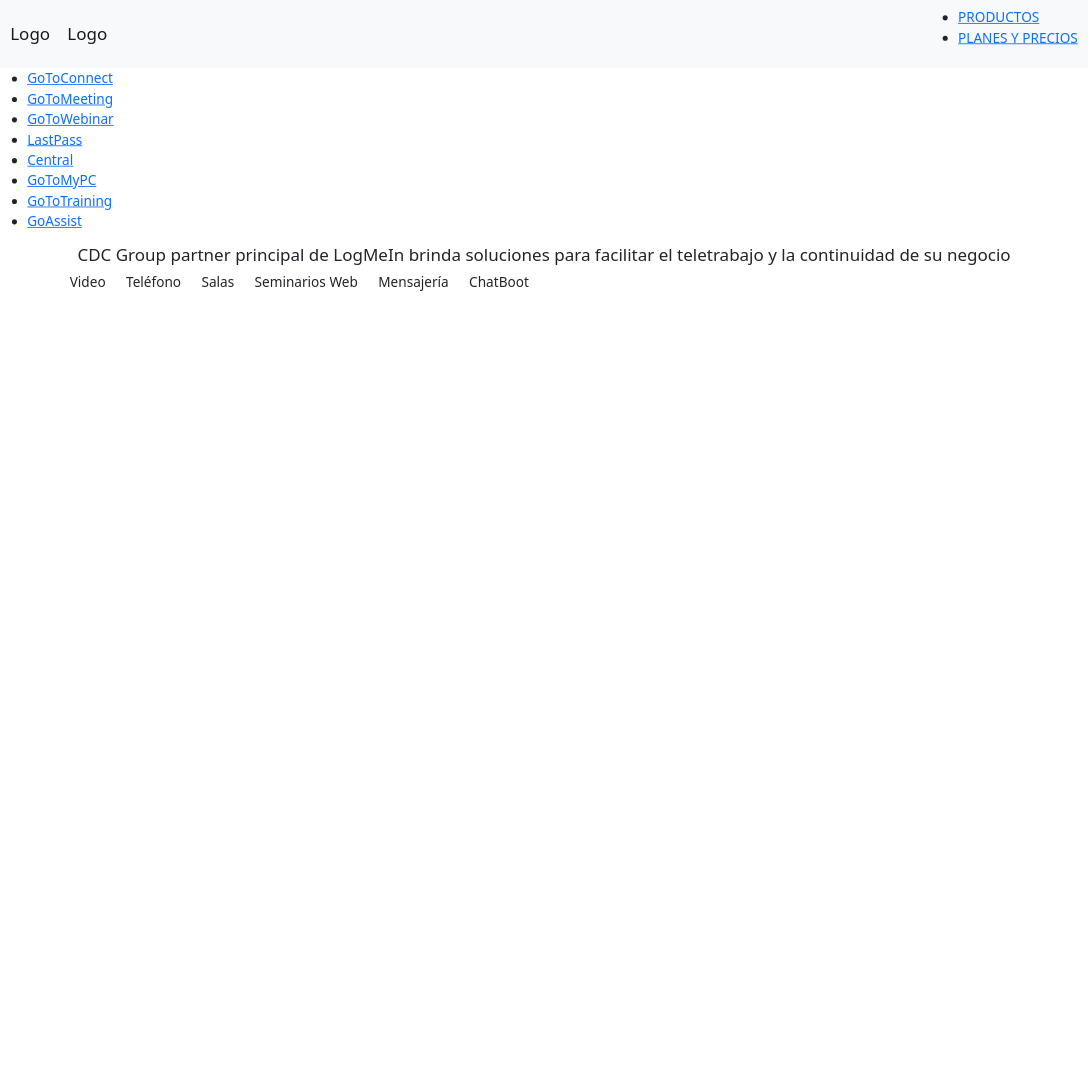
Repository: onehitwondermx/cdclogmein
Page: index.html
The author's editor kept a copy of each file at every save. The page is drawn from the files as they stood at one save, then again after the next save.
The browser window is 1280 px wide. The pictures show the whole page, at 85% of full size.

Above is the page before, as saved 2021-06-03 20:21:39.

### index.html
<!DOCTYPE html>
<html lang="es">
  <head>
    <meta charset="utf-8">
    <meta name="viewport" content="width=device-width, initial-scale=1">
    <script src="https://cdn.jsdelivr.net/npm/bootstrap@5.0.1/dist/js/bootstrap.bundle.min.js" integrity="sha384-gtEjrD/SeCtmISkJkNUaaKMoLD0//ElJ19smozuHV6z3Iehds+3Ulb9Bn9Plx0x4" crossorigin="anonymous"></script>
    <link href="https://cdn.jsdelivr.net/npm/bootstrap@5.0.1/dist/css/bootstrap.min.css" rel="stylesheet" integrity="sha384-+0n0xVW2eSR5OomGNYDnhzAbDsOXxcvSN1TPprVMTNDbiYZCxYbOOl7+AMvyTG2x" crossorigin="anonymous">
    <title>LogMeIn - CDC Gropu</title>
  </head>
<body>
  <nav class="navbar navbar-expand-lg navbar-light bg-light">
    <div class="container-fluid">
      <div class="nav-wrapper">
        <a href="#" class="navbar-brand">Logo</a>
        <a href="#" class="navbar-brand">Logo</a>
      </div>
      <div class="nav">
        <ul>
          <li><a href="#">PRODUCTOS</a></li>
          <li><a class="dropdown-trigger" href="#" data-target="dropdown1">PLANES Y PRECIOS</a></li>
        </ul>
      </div>
      </div>
    </nav>
      <!-- Dropdown Structure -->
    <ul id="dropdown1" class="dropdown-content">
      <li><a href="#">GoToConnect</a></li>
      <li><a href="#">GoToMeeting</a></li>
      <li><a href="#">GoToWebinar</a></li>
      <li><a href="#">LastPass</a></li>
      <li><a href="#">Central</a></li>
      <li><a href="#">GoToMyPC</a></li>
      <li><a href="#">GoToTraining</a></li>
      <li><a href="#">GoAssist</a></li>
    </ul>
    </div>

  <div class="container-fluid">
      <div class="row justify-content-md-center">
        <div class="col-md-auto">
          <h5 class="center-align">
            CDC Group partner principal de LogMeIn brinda soluciones para facilitar el teletrabajo y la continuidad de su negocio
          </h5>
        </div>
      </div>
  </div>
  <div class="container">
    <div class="row row-cols-auto">
      <div class="col">
        <span>Video</span>
      </div>
      <div class="col">
        <span>Teléfono</span>
      </div>
      <div class="col">
        <span>Salas</span>
      </div>
      <div class="col">
        <span>Seminarios Web</span>
      </div>
      <div class="col">
        <span>Mensajería
        </span>
      </div>
      <div class="col">
        <span>ChatBoot</span>
      </div>
    </div>
  </div>

   <br><br><br><br><br><br><br><br><br><br><br><br><br><br><br><br><br><br><br><br><br><br><br><br><br><br><br><br><br><br><br><br><br><br><br><br><br><br>
  </body>
</html>

After the next save:
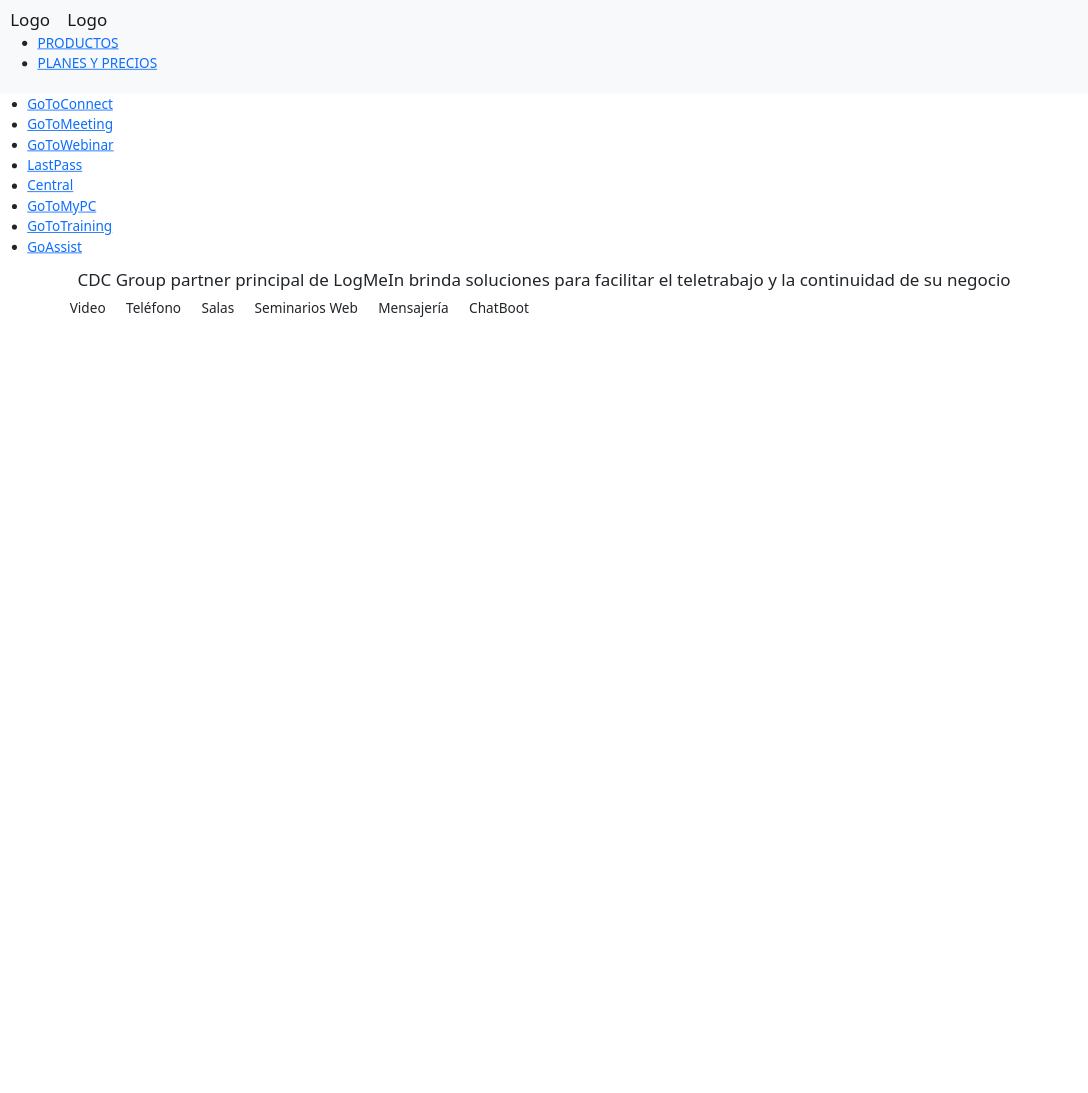
Saved 62 s later.
--- a/index.html
+++ b/index.html
@@ -13,15 +13,13 @@
       <div class="nav-wrapper">
         <a href="#" class="navbar-brand">Logo</a>
         <a href="#" class="navbar-brand">Logo</a>
-      </div>
-      <div class="nav">
         <ul>
           <li><a href="#">PRODUCTOS</a></li>
           <li><a class="dropdown-trigger" href="#" data-target="dropdown1">PLANES Y PRECIOS</a></li>
         </ul>
       </div>
-      </div>
-    </nav>
+    </div>
+  </nav>
       <!-- Dropdown Structure -->
     <ul id="dropdown1" class="dropdown-content">
       <li><a href="#">GoToConnect</a></li>
